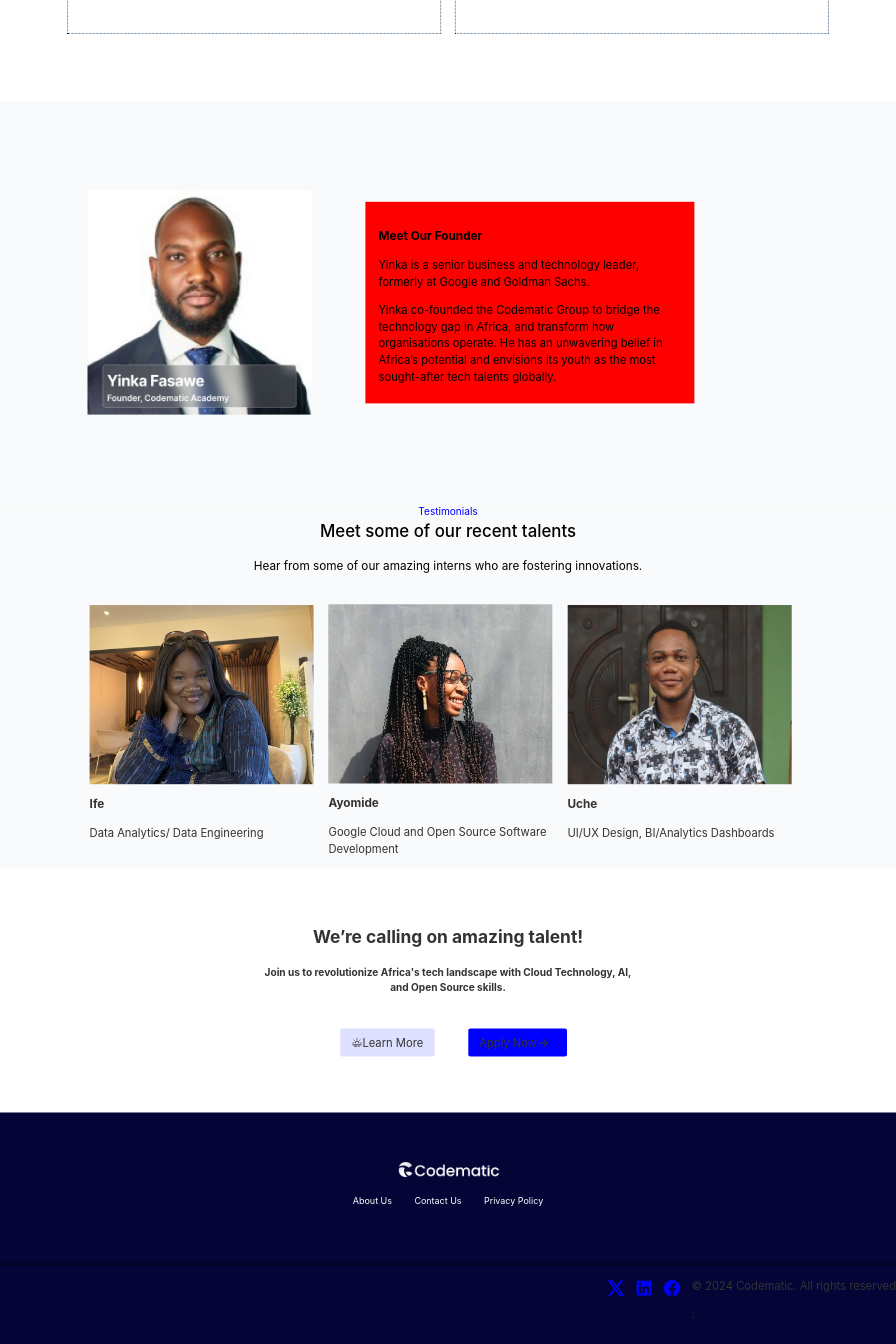
Repository: Gabriel221-dev/Codematic-page
Page: /
An editor plug-in stored every save of this project. The page is shown before and after the next save, followed by the edit.
The browser window is 1280 px wide. The pictures show the part of the page from y = 2926 to 4846 px (the page is 4846 px tall), at 70% of full size.
The project was rebuilt for these pictures with package versions that can differ from the ones it lists, and the page was loaded fresh each time. Also part of the build but not shown: vite.config.js, src/App.css.

Above is the page before, as saved 2024-07-31 06:03:16.

After the next save:
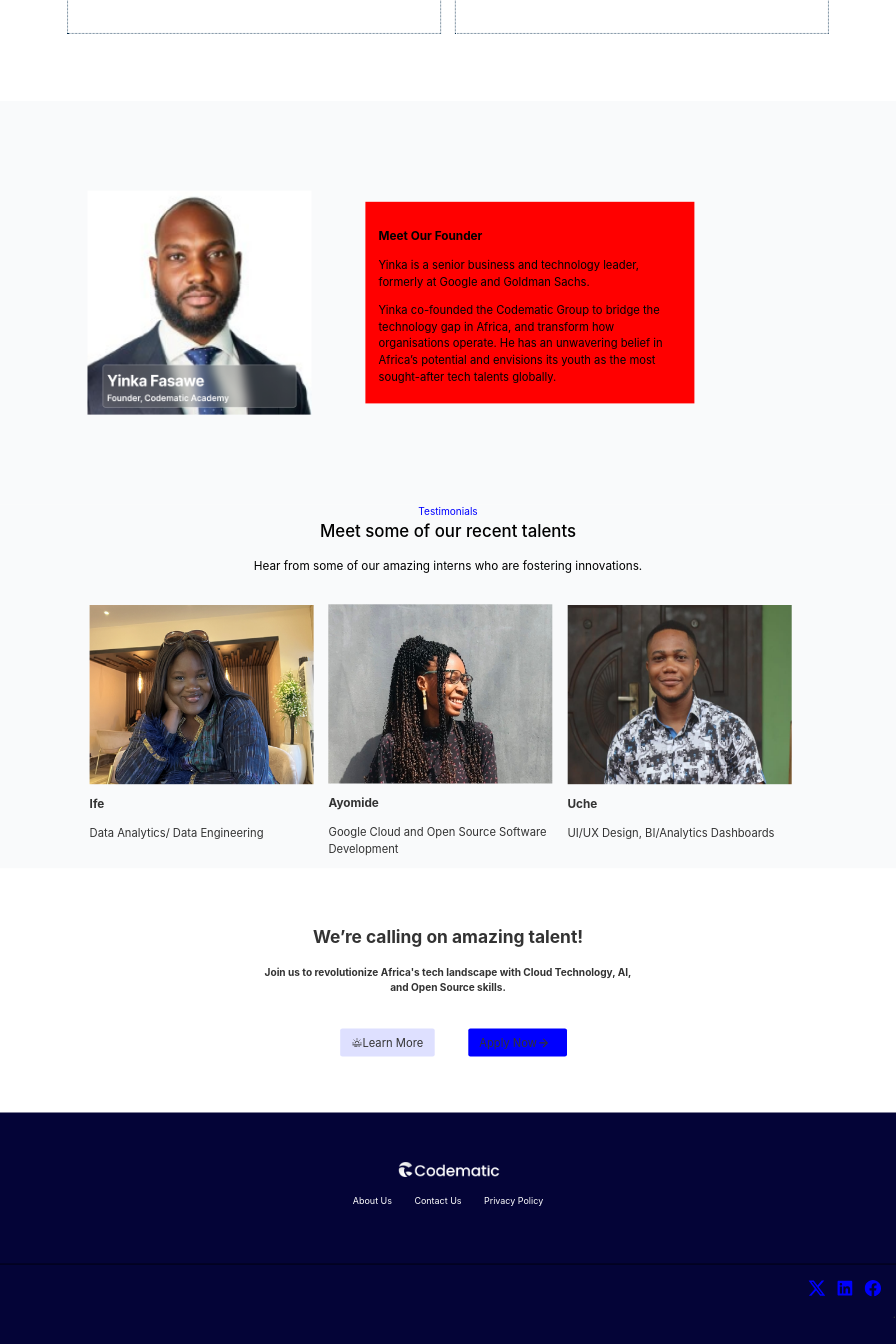
Saved 11 s later.
--- a/src/components/Footer.jsx
+++ b/src/components/Footer.jsx
@@ -55,7 +55,7 @@
             </div>
             <div className="Left">
               {" "}
-              <p>© 2024 Codematic. All rights reserved</p>.
+              <p></p>.
             </div>
           </div>
         </container>
